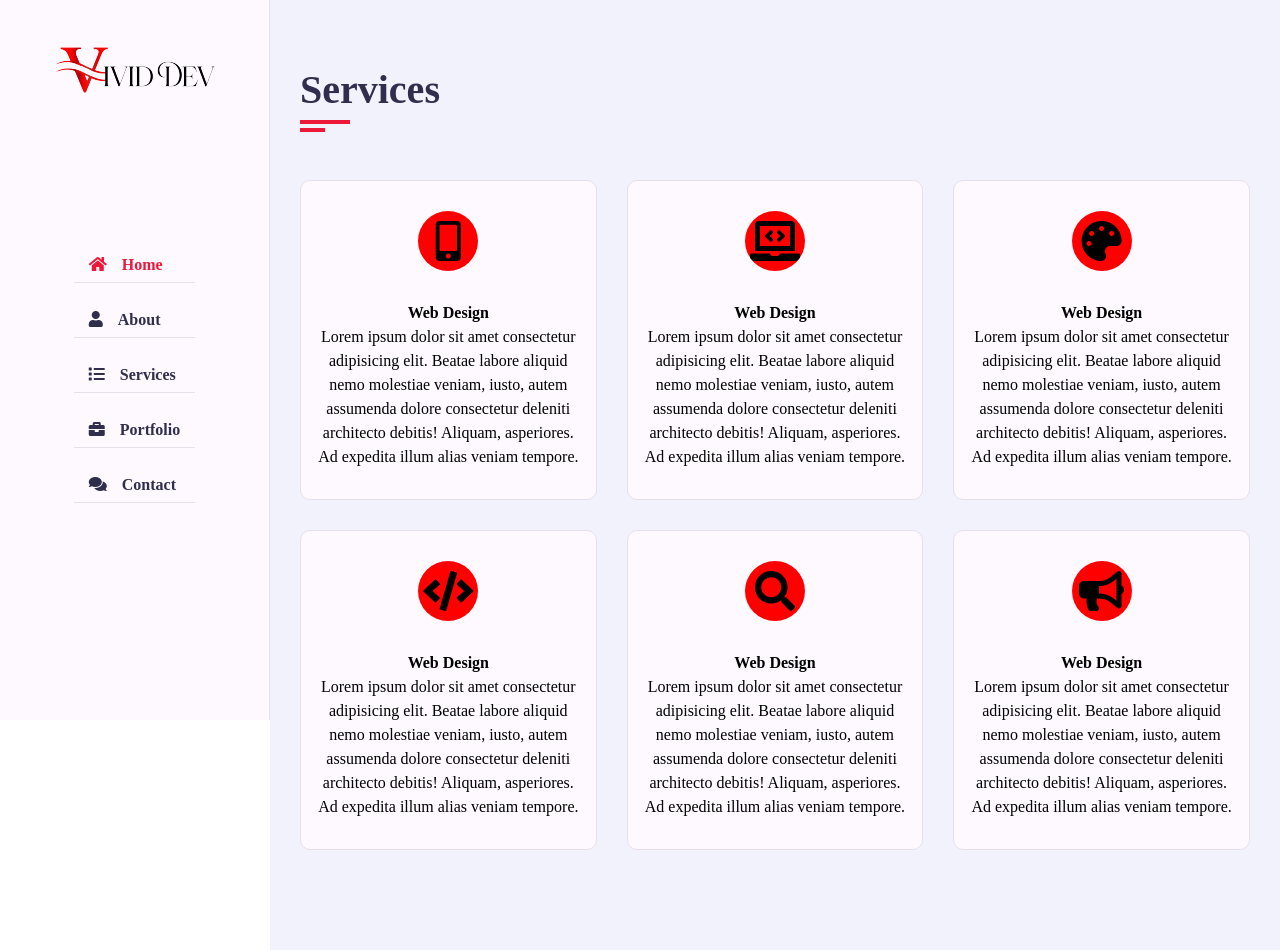
Repository: Big-Fave1/vivid-dev-portfolio
Page: build/index.html
These files come from the project's save history. The page is drawn as it stood at one moment and after the next save; the edit follows.
The browser window is 1280 px wide. The pictures show the whole page.
Some web fonts or font styles are not loaded; a fallback is used.

Above is the page before, as saved 2025-06-02 10:26:03.

After the next save:
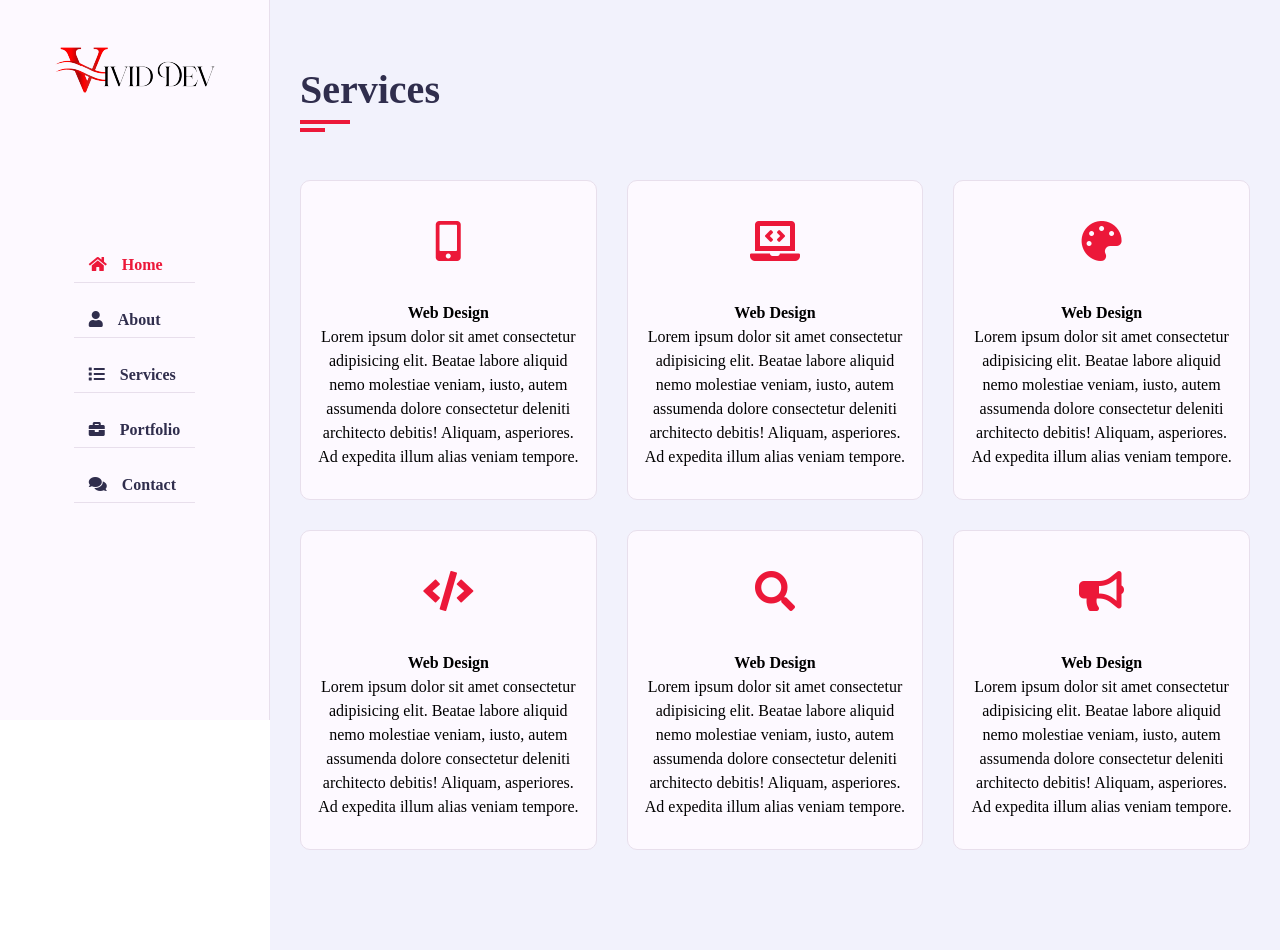
Saved 33 s later.
--- a/build/css/style.css
+++ b/build/css/style.css
@@ -522,7 +522,6 @@ h3.my-profession
     width: 60px;
     border-radius: 50%;
     display: block;
-    background-color: red;
     margin: 0 auto 30px;
     text-align: center;
 }
@@ -530,4 +529,5 @@ h3.my-profession
 {
     font-size: 40px;
     line-height: 60px;
-}
+    color: var(--skin-color);
+}
